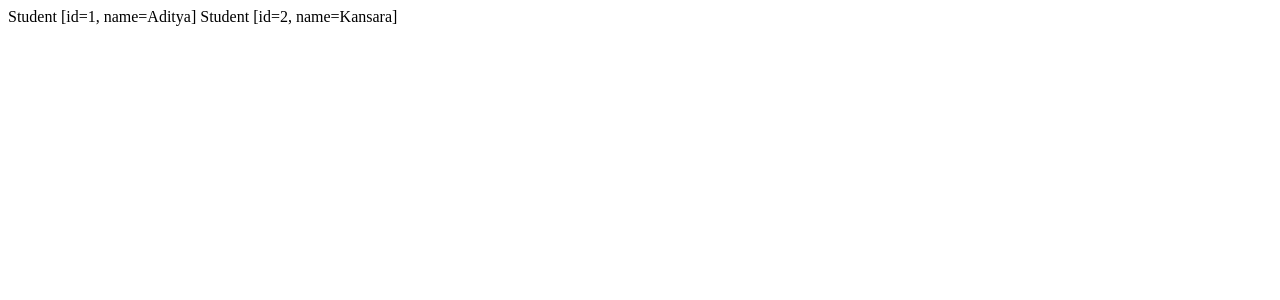
Repository: adityakansara1/JavaContent
Page: http://localhost/DemoJSPDataBase/DemoServlet
These files come from the project's save history. The page is drawn as it stood at one moment and after the next save; the edit follows.
The browser window is 1280 px wide. The pictures show the whole page.
The page is served by Tomcat 9.

Above is the page before, as saved 2020-08-10 07:08:55.

After the next save:
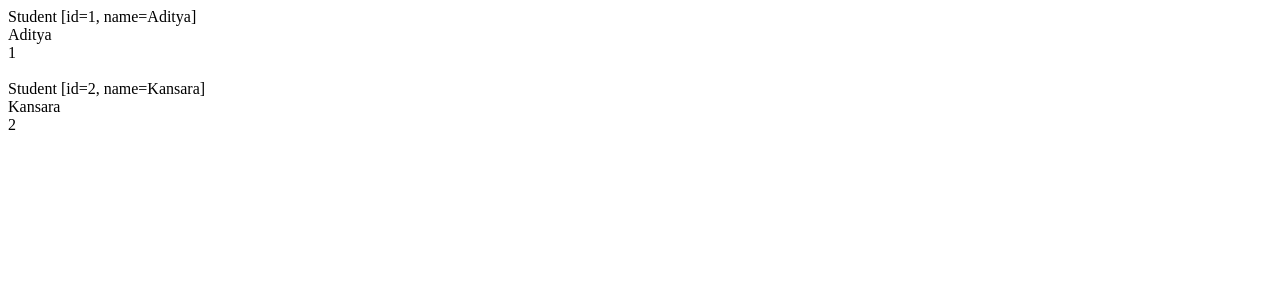
Saved 34 s later.
--- a/DemoJSPDataBase/WebContent/display.jsp
+++ b/DemoJSPDataBase/WebContent/display.jsp
@@ -10,7 +10,9 @@
 <body>
 
 	<c:forEach items="${students}" var="s">
-		${s}
+		${s}<br>
+		${s.name }<br>
+		${s.id }<br><br>
 	</c:forEach>
 
 	<%--
